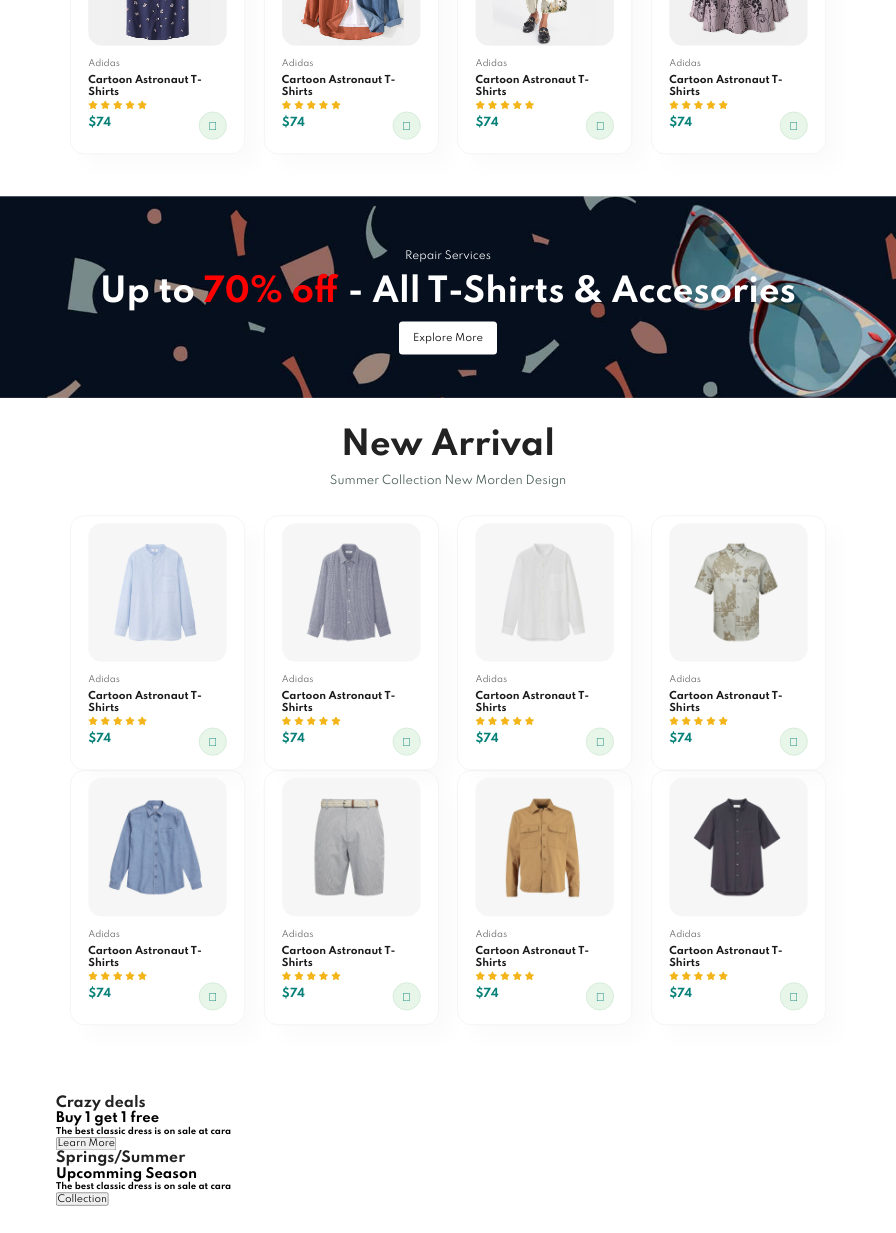
Repository: Daryllgio/E-Commerce-Website-UI
Page: index.html
An editor plug-in stored every save of this project. The page is shown before and after the next save, followed by the edit.
The browser window is 1280 px wide. The pictures show the part of the page from y = 1709 to 3629 px (the page is 3471 px tall before and 3629 px after), at 70% of full size.
Some web libraries are served in a nearby version.

Above is the page before, as saved 2024-12-31 22:42:40.

### index.html
<!DOCTYPE html>
<html lang="en">

<head>
    <meta charset="UTF-8">
    <meta http-equiv="X-UA-Compatible" content="IE=edge">
    <meta name="viewport" content="width=device-width, initial-scale=1.0">
    <title>Tech2etc Ecommerce Tutorial</title>
    <link rel="stylesheet" href="https://pro.fontawesome.com/releases/v5.10.0/css/all.css" />

    <link rel="stylesheet" href="style.css">
</head>

<body>
    <section id="header">
        <a href="#"><img src="img/logo.png" id="logo" class="logo" alt=""></a>

        <div>
            <ul id="navbar">
                <li>
                    <a class="active" href="index.html">Home</a>
                </li>
                <li>
                    <a href="shop.html">Shop</a>
                </li>
                <li>
                    <a href="about.html">About</a>
                </li>
                <li>
                    <a href="contact.html">Contact</a>
                </li>
                <li>
                    <a href="cart.html"><i class="fa fa-shopping-cart" aria-hidden="true"></i></a>
                </li>

            </ul>
        </div>
    </section>

    <section id="HomeHeaderContent">
        <h4>
            Trade-in-offer
        </h4>
        <h2>
            Super value deals
        </h2>
        <h1>
            On all products
        </h1>
        <p>
            Save more with Coupons & up to 70% off !
        </p>
        <button>
            Shop now
        </button>

    </section>

    <section id="Features" class="section-p1">
        <div class="fe-box">
            <img src="img/features/f1.png" alt="">
            <h6>Free Shipping</h6>
        </div>
        <div class="fe-box">
            <img src="img/features/f2.png" alt="">
            <h6>Online Offer</h6>
        </div>
        <div class="fe-box">
            <img src="img/features/f3.png" alt="">
            <h6>Save Money</h6>
        </div>
        <div class="fe-box">
            <img src="img/features/f4.png" alt="">
            <h6>Promotions</h6>
        </div>
        <div class="fe-box">
            <img src="img/features/f5.png" alt="">
            <h6>Happy Sell</h6>
        </div>
        <div class="fe-box">
            <img src="img/features/f6.png" alt="">
            <h6>F24/7 Support</h6>
        </div>
    </section>

    <section id="product1" class="section-p1">
        <h2>
            Feautured Products
        </h2>
        <p>
            Summer Collection New Morden Design
        </p>
        <div class="pro-container">
            <div class="pro">
                <img src="img/products/f1.jpg" alt="">
                <div class="des">
                    <span>Adidas</span>
                    <h5>Cartoon Astronaut T-Shirts</h5>
                    <div class="star">
                        <i class="fas fa-star"></i>
                        <i class="fas fa-star"></i>
                        <i class="fas fa-star"></i>
                        <i class="fas fa-star"></i>
                        <i class="fas fa-star"></i>
                    </div>
                    <div class="Shop">
                        <h4>$74</h4>
                        <a href="#"><i class="fal fa-shopping-cart "></i></a>
                    </div>

                </div>
            </div>

            <div class="pro">
                <img src="img/products/f2.jpg" alt="">
                <div class="des">
                    <span>Adidas</span>
                    <h5>Cartoon Astronaut T-Shirts</h5>
                    <div class="star">
                        <i class="fas fa-star"></i>
                        <i class="fas fa-star"></i>
                        <i class="fas fa-star"></i>
                        <i class="fas fa-star"></i>
                        <i class="fas fa-star"></i>
                    </div>
                    <div class="Shop">
                        <h4>$74</h4>
                        <a href="#"><i class="fal fa-shopping-cart "></i></a>
                    </div>

                </div>
            </div>

            <div class="pro">
                <img src="img/products/f3.jpg" alt="">
                <div class="des">
                    <span>Adidas</span>
                    <h5>Cartoon Astronaut T-Shirts</h5>
                    <div class="star">
                        <i class="fas fa-star"></i>
                        <i class="fas fa-star"></i>
                        <i class="fas fa-star"></i>
                        <i class="fas fa-star"></i>
                        <i class="fas fa-star"></i>
                    </div>
                    <div class="Shop">
                        <h4>$74</h4>
                        <a href="#"><i class="fal fa-shopping-cart "></i></a>
                    </div>

                </div>
            </div>

            <div class="pro">
                <img src="img/products/f4.jpg" alt="">
                <div class="des">
                    <span>Adidas</span>
                    <h5>Cartoon Astronaut T-Shirts</h5>
                    <div class="star">
                        <i class="fas fa-star"></i>
                        <i class="fas fa-star"></i>
                        <i class="fas fa-star"></i>
                        <i class="fas fa-star"></i>
                        <i class="fas fa-star"></i>
                    </div>
                    <div class="Shop">
                        <h4>$74</h4>
                        <a href="#"><i class="fal fa-shopping-cart "></i></a>
                    </div>

                </div>
            </div>

            <div class="pro">
                <img src="img/products/f5.jpg" alt="">
                <div class="des">
                    <span>Adidas</span>
                    <h5>Cartoon Astronaut T-Shirts</h5>
                    <div class="star">
                        <i class="fas fa-star"></i>
                        <i class="fas fa-star"></i>
                        <i class="fas fa-star"></i>
                        <i class="fas fa-star"></i>
                        <i class="fas fa-star"></i>
                    </div>
                    <div class="Shop">
                        <h4>$74</h4>
                        <a href="#"><i class="fal fa-shopping-cart "></i></a>
                    </div>

                </div>
            </div>

            <div class="pro">
                <img src="img/products/f6.jpg" alt="">
                <div class="des">
                    <span>Adidas</span>
                    <h5>Cartoon Astronaut T-Shirts</h5>
                    <div class="star">
                        <i class="fas fa-star"></i>
                        <i class="fas fa-star"></i>
                        <i class="fas fa-star"></i>
                        <i class="fas fa-star"></i>
                        <i class="fas fa-star"></i>
                    </div>
                    <div class="Shop">
                        <h4>$74</h4>
                        <a href="#"><i class="fal fa-shopping-cart "></i></a>
                    </div>

                </div>
            </div>

            <div class="pro">
                <img src="img/products/f7.jpg" alt="">
                <div class="des">
                    <span>Adidas</span>
                    <h5>Cartoon Astronaut T-Shirts</h5>
                    <div class="star">
                        <i class="fas fa-star"></i>
                        <i class="fas fa-star"></i>
                        <i class="fas fa-star"></i>
                        <i class="fas fa-star"></i>
                        <i class="fas fa-star"></i>
                    </div>
                    <div class="Shop">
                        <h4>$74</h4>
                        <a href="#"><i class="fal fa-shopping-cart "></i></a>
                    </div>

                </div>
            </div>

            <div class="pro">
                <img src="img/products/f8.jpg" alt="">
                <div class="des">
                    <span>Adidas</span>
                    <h5>Cartoon Astronaut T-Shirts</h5>
                    <div class="star">
                        <i class="fas fa-star"></i>
                        <i class="fas fa-star"></i>
                        <i class="fas fa-star"></i>
                        <i class="fas fa-star"></i>
                        <i class="fas fa-star"></i>
                    </div>
                    <div class="Shop">
                        <h4>$74</h4>
                        <a href="#"><i class="fal fa-shopping-cart "></i></a>
                    </div>

                </div>
            </div>


        </div>
    </section>

    <section id="banner" class="section-p1">
        <p>Repair Services</p>
        <h2>Up to <span>70% off</span> - All T-Shirts & Accesories</h2>
        <button class="normal">Explore More</button>
    </section>

    <section id="product1" class="section-p1">
        <h2>
            New Arrival
        </h2>
        <p>
            Summer Collection New Morden Design
        </p>
        <div class="pro-container">
            <div class="pro">
                <img src="img/products/n1.jpg" alt="">
                <div class="des">
                    <span>Adidas</span>
                    <h5>Cartoon Astronaut T-Shirts</h5>
                    <div class="star">
                        <i class="fas fa-star"></i>
                        <i class="fas fa-star"></i>
                        <i class="fas fa-star"></i>
                        <i class="fas fa-star"></i>
                        <i class="fas fa-star"></i>
                    </div>
                    <div class="Shop">
                        <h4>$74</h4>
                        <a href="#"><i class="fal fa-shopping-cart "></i></a>
                    </div>

                </div>
            </div>

            <div class="pro">
                <img src="img/products/n2.jpg" alt="">
                <div class="des">
                    <span>Adidas</span>
                    <h5>Cartoon Astronaut T-Shirts</h5>
                    <div class="star">
                        <i class="fas fa-star"></i>
                        <i class="fas fa-star"></i>
                        <i class="fas fa-star"></i>
                        <i class="fas fa-star"></i>
                        <i class="fas fa-star"></i>
                    </div>
                    <div class="Shop">
                        <h4>$74</h4>
                        <a href="#"><i class="fal fa-shopping-cart "></i></a>
                    </div>

                </div>
            </div>

            <div class="pro">
                <img src="img/products/n3.jpg" alt="">
                <div class="des">
                    <span>Adidas</span>
                    <h5>Cartoon Astronaut T-Shirts</h5>
                    <div class="star">
                        <i class="fas fa-star"></i>
                        <i class="fas fa-star"></i>
                        <i class="fas fa-star"></i>
                        <i class="fas fa-star"></i>
                        <i class="fas fa-star"></i>
                    </div>
                    <div class="Shop">
                        <h4>$74</h4>
                        <a href="#"><i class="fal fa-shopping-cart "></i></a>
                    </div>

                </div>
            </div>

            <div class="pro">
                <img src="img/products/n4.jpg" alt="">
                <div class="des">
                    <span>Adidas</span>
                    <h5>Cartoon Astronaut T-Shirts</h5>
                    <div class="star">
                        <i class="fas fa-star"></i>
                        <i class="fas fa-star"></i>
                        <i class="fas fa-star"></i>
                        <i class="fas fa-star"></i>
                        <i class="fas fa-star"></i>
                    </div>
                    <div class="Shop">
                        <h4>$74</h4>
                        <a href="#"><i class="fal fa-shopping-cart "></i></a>
                    </div>

                </div>
            </div>

            <div class="pro">
                <img src="img/products/n5.jpg" alt="">
                <div class="des">
                    <span>Adidas</span>
                    <h5>Cartoon Astronaut T-Shirts</h5>
                    <div class="star">
                        <i class="fas fa-star"></i>
                        <i class="fas fa-star"></i>
                        <i class="fas fa-star"></i>
                        <i class="fas fa-star"></i>
                        <i class="fas fa-star"></i>
                    </div>
                    <div class="Shop">
                        <h4>$74</h4>
                        <a href="#"><i class="fal fa-shopping-cart "></i></a>
                    </div>

                </div>
            </div>

            <div class="pro">
                <img src="img/products/n6.jpg" alt="">
                <div class="des">
                    <span>Adidas</span>
                    <h5>Cartoon Astronaut T-Shirts</h5>
                    <div class="star">
                        <i class="fas fa-star"></i>
                        <i class="fas fa-star"></i>
                        <i class="fas fa-star"></i>
                        <i class="fas fa-star"></i>
                        <i class="fas fa-star"></i>
                    </div>
                    <div class="Shop">
                        <h4>$74</h4>
                        <a href="#"><i class="fal fa-shopping-cart "></i></a>
                    </div>

                </div>
            </div>

            <div class="pro">
                <img src="img/products/n7.jpg" alt="">
                <div class="des">
                    <span>Adidas</span>
                    <h5>Cartoon Astronaut T-Shirts</h5>
                    <div class="star">
                        <i class="fas fa-star"></i>
                        <i class="fas fa-star"></i>
                        <i class="fas fa-star"></i>
                        <i class="fas fa-star"></i>
                        <i class="fas fa-star"></i>
                    </div>
                    <div class="Shop">
                        <h4>$74</h4>
                        <a href="#"><i class="fal fa-shopping-cart "></i></a>
                    </div>

                </div>
            </div>

            <div class="pro">
                <img src="img/products/n8.jpg" alt="">
                <div class="des">
                    <span>Adidas</span>
                    <h5>Cartoon Astronaut T-Shirts</h5>
                    <div class="star">
                        <i class="fas fa-star"></i>
                        <i class="fas fa-star"></i>
                        <i class="fas fa-star"></i>
                        <i class="fas fa-star"></i>
                        <i class="fas fa-star"></i>
                    </div>
                    <div class="Shop">
                        <h4>$74</h4>
                        <a href="#"><i class="fal fa-shopping-cart "></i></a>
                    </div>

                </div>
            </div>


        </div>
    </section>

    <section id="sm-banner" class="section-p1">
        <div class="banner-Container">
            <div class="banner-box">
                <h4>
                    Crazy deals
                </h4>
                <h3>
                    Buy 1 get 1 free
                </h3>
                <h6>
                    The best classic dress is on sale at cara
                </h6>
                <button>
                    Learn More
                </button>
            </div>
            <div class="banner-box">
                <h4>
                    Springs/Summer
                </h4>
                <h3>
                    Upcomming Season
                </h3>
                <h6>
                    The best classic dress is on sale at cara
                </h6>
                <button>
                    Collection
                </button>
            </div>
        </div>


    </section>


    <script src="script.js"></script>
</body>

</html>

### style.css
@import url("https://fonts.googleapis.com/css2?family=Spartan:wght@100;200;300;400;500;600;700;800;900&display=swap");

* {
  margin: 0;
  padding: 0;
  box-sizing: border-box;
  font-family: "Spartan", sans-serif;
}

html {
  scroll-behavior: smooth;
}

/* Global Styles */

h1 {
  font-size: 50px;
  line-height: 64px;
  color: #222;
}

h2 {
  font-size: 46px;
  line-height: 54px;
  color: #222;
}

h4 {
  font-size: 20px;
  color: #222;
}

h6 {
  font-weight: 700;
  font-size: 12px;
}

p {
  font-size: 16px;
  color: #465b52;
  margin: 15px 0 20px 0;
}

.section-p1 {
  padding: 40px 80px;
}

.section-m1 {
  margin: 40px 0;
}

button.normal {
  color: #000;
  background-color: #fff;
  font-size: 14px;
  font-weight: 400;
  padding: 15px 20px;
  border-radius: 5px;
  cursor: pointer;
  border: none;
  outline: none;
  transition: 0.3s;
}

body {
  width: 100%;
}

#header {
  display: flex;
  align-items: center;
  justify-content: space-between;
  padding: 20px 80px;
  background: #E3E6F3;
  box-shadow: 0 5px 15px rgba(0, 0, 0, 0.06);
  position: sticky;
  top: 0;
  left: 0;

}



#navbar {
  display: flex;
  align-items: center;
  justify-content: center;
}

#navbar li {
  list-style: none;
  padding: 0px 20px;
}

#navbar li a {
  text-decoration: none;
  font-size: 15px;
  font-weight: 600;
  color: #000;
  transition: 0.3s ease;
}

#navbar li a:hover,
#navbar li a.active {
  color: #088178;
}

#HomeHeaderContent {
  background-image: url("img/hero4.png");
  height: 90vh;
  width: 100%;
  background-size: cover;
  background-position: top 25% right 0;
  padding: 0 80px;
  align-items: flex-start;
  display: flex;
  flex-direction: column;
  justify-content: center;
}

#HomeHeaderContent h4 {
  margin-bottom: 10px;
}

#HomeHeaderContent h1 {
  color: #088178;
}

#HomeHeaderContent button {
  color: #088178;
  background-image: url("img/button.png");
  font-size: 15px;
  font-weight: 600;
  background-color: transparent;
  border: 0;
  padding: 14px 80px 14px 65px;
  background-repeat: no-repeat;
  cursor: pointer;
}

#Features {
  display: flex;
  justify-content: space-between;
}

#Features .fe-box {
  width: 200px;
  text-align: center;
  padding: 35px 25px;
  border: 1px solid #cce7d0;
  box-shadow: 20px 20px 34px rgba(0, 0, 0, 0.03);
  border-radius: 10px;
}

#Features .fe-box:hover {
  box-shadow: 10px 10px 54px rgba(0, 0, 0, 0.1);
}

#Features .fe-box img {
  margin-bottom: 10px;
}

#Features .fe-box h6 {
  font-size: 13px;
  display: inline-block;
  line-height: 1;
  border-radius: 4px;
  color: #088178;
  background-color: #fddde4;
  padding: 9px 8px 6px 8px;
}

#Features .fe-box:nth-child(2) h6 {
  background-color: #cdebbc;
}

#Features .fe-box:nth-child(3) h6 {
  background-color: #d1e8f2;
}

#Features .fe-box:nth-child(4) h6 {
  background-color: #cdd4f8;
}

#Features .fe-box:nth-child(5) h6 {
  background-color: #f6dbf6;
}

#Features .fe-box:nth-child(6) h6 {
  background-color: #fff2e5;
}

#product1 {
  text-align: center;
}

#product1 .pro {
  width: 23%;
  min-width: 250px;
  padding: 10px 25px;
  border: 1px solid #f0f0f0;
  border-radius: 20px;
  cursor: pointer;
  box-shadow: 20px 20px 30px rgba(0, 0, 0, 0.02);
  transition: 0.3s ease;
}

#product1 .pro:hover {
  box-shadow: 20px 20px 30px rgba(0, 0, 0, 0.06);

}

#product1 .pro img {
  width: 100%;
  border-radius: 20px;
}

#product1 .pro .des {
  text-align: start;
  padding: 10px 0;
}

#product1 .pro .des span {
  color: #606063;
  font-size: 12px;
}

#product1 .pro .des h5 {
  color: #1a1a1a;
  font-size: 14px;
  padding-top: 7px;
}

#product1 .pro .des .fa-star {
  color: rgb(243, 181, 25);
  font-size: 12px;
}

#product1 .pro .des h4 {
  font-size: 16px;
  padding-top: 7px;
  font-weight: 700;
  color: #088178;

}

#product1 .pro .Shop {
  display: flex;
  justify-content: space-between;
}

#product1 .pro .des .fa-shopping-cart {
  width: 40px;
  height: 40px;
  line-height: 40px;
  border-radius: 50px;
  font-size: 17px;
  background-color: #e8f6ea;
  font-weight: 500;
  color: #088178;
  border: 1px solid #cce7d0;
  text-align: center;
}

#product1 .pro-container {
  display: flex;
  justify-content: space-between;
  padding: 20px;
  flex-wrap: wrap;
}


#banner {
  background-image: url("img/banner/b2.jpg");
  height: 40vh;
  width: 100%;
  background-size: cover;
  background-position: top 25% right 0;
  padding: 0 80px;
  text-align: center;
  display: flex;
  flex-direction: column;
  align-items: center;
  justify-content: center;
}

#banner p {
  font-size: 15px;
  margin-bottom: 15px;
  font-weight: 400;
  color: #ffffff;
}

#banner h2 {
  color: #fff;
  margin-bottom: 15px;
}

#banner span {
  color: red;
}

#banner button:hover {
  color: #fff;
  background-color: #088178;
}

Loaded but not shown: script.js (common file)

After the next save:
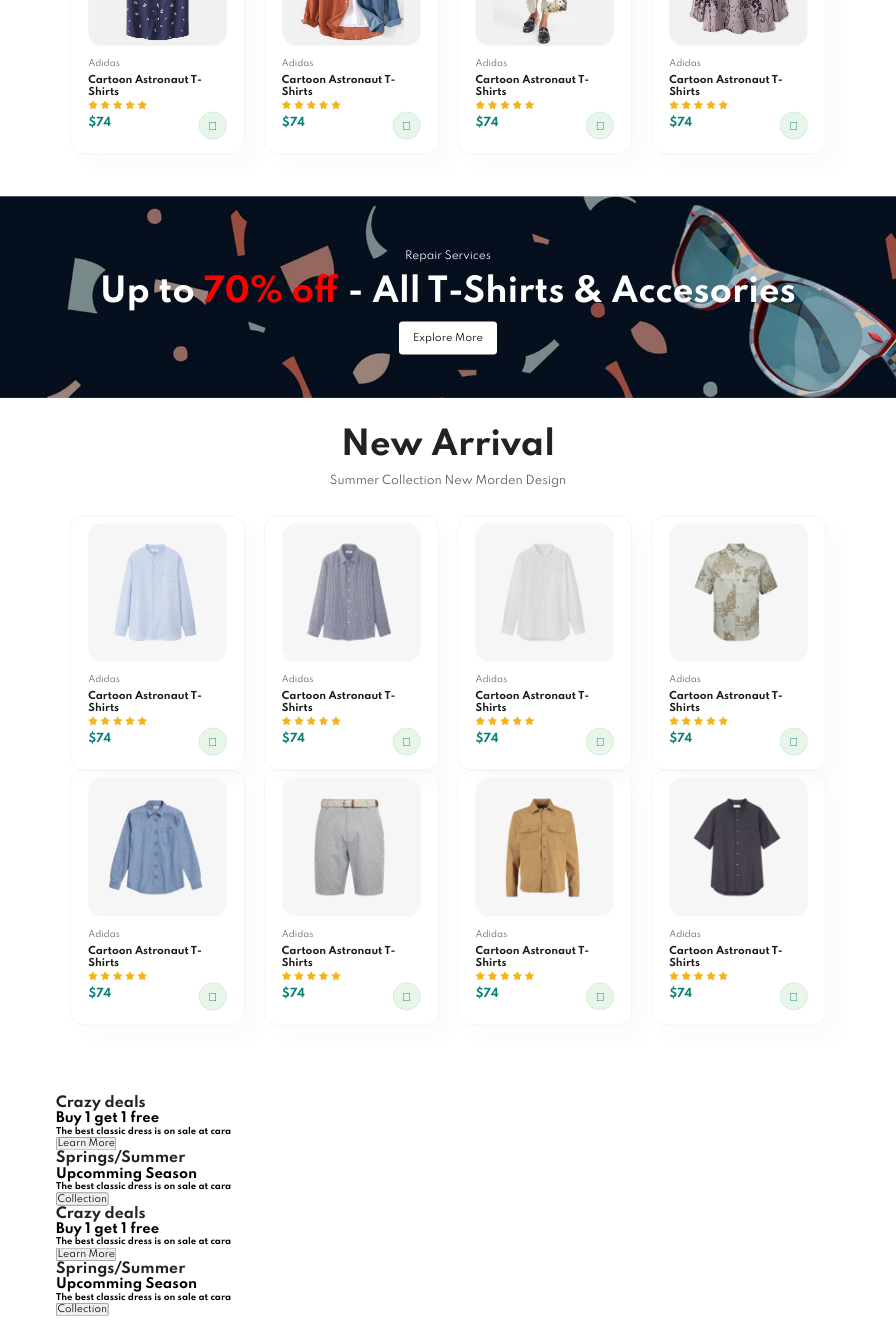
Saved 34 s later.
--- a/index.html
+++ b/index.html
@@ -434,7 +434,7 @@
     </section>
 
     <section id="sm-banner" class="section-p1">
-        <div class="banner-Container">
+        <div class="banner-Container2">
             <div class="banner-box">
                 <h4>
                     Crazy deals
@@ -465,6 +465,39 @@
             </div>
         </div>
 
+        <div class="banner-Container2">
+            <div class="banner-box">
+                <h4>
+                    Crazy deals
+                </h4>
+                <h3>
+                    Buy 1 get 1 free
+                </h3>
+                <h6>
+                    The best classic dress is on sale at cara
+                </h6>
+                <button>
+                    Learn More
+                </button>
+            </div>
+            <div class="banner-box">
+                <h4>
+                    Springs/Summer
+                </h4>
+                <h3>
+                    Upcomming Season
+                </h3>
+                <h6>
+                    The best classic dress is on sale at cara
+                </h6>
+                <button>
+                    Collection
+                </button>
+            </div>
+        </div>
+
+
+
 
     </section>
 
